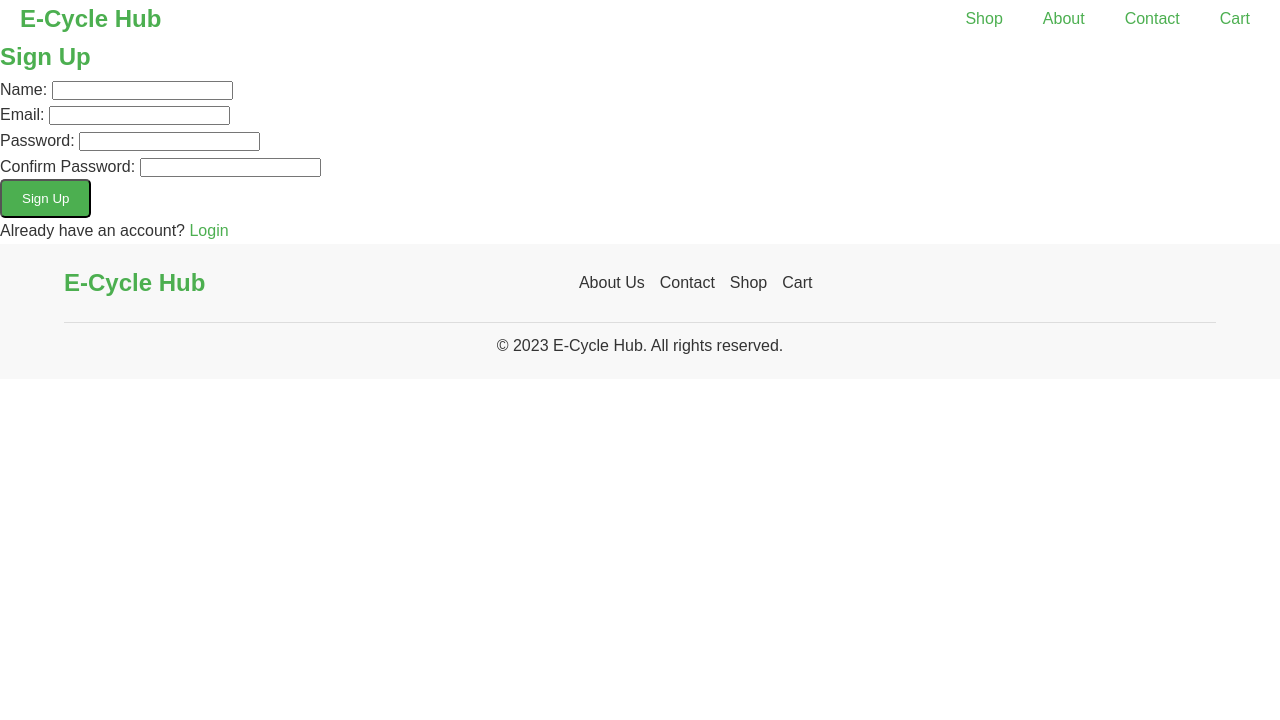
Repository: Rutuja-g/E-Cycle-Hub
Page: public/signup.html
The author's editor kept a copy of each file at every save. The page is drawn from the files as they stood at one save, then again after the next save.
The browser window is 1280 px wide. The pictures show the whole page.
Backgrounds fixed to the window are drawn as part of the page.

Above is the page before, as saved 2025-10-21 18:21:10.

### public/signup.html
<!DOCTYPE html>
<html lang="en">
  <head>
    <meta charset="UTF-8" />
    <meta name="viewport" content="width=device-width, initial-scale=1.0" />
    <title>Sign Up - E-Cycle Hub</title>
    <link rel="icon" href="favicon.ico" type="image/x-icon" />
    <link rel="stylesheet" href="css/reset.css" />
    <link rel="stylesheet" href="css/variables.css" />
    <link rel="stylesheet" href="css/main.css" />
  </head>
  <body>
    <header>
      <nav>
        <div class="logo">
          <a href="index.html">E-Cycle Hub</a>
        </div>
        <ul class="nav-links">
          <li><a href="shop.html">Shop</a></li>
          <li><a href="about.html">About</a></li>
          <li><a href="contact.html">Contact</a></li>
          <li><a href="cart.html">Cart</a></li>
          <li id="user-info" style="display: none">
            <span id="user-name"></span> | <a href="#" id="logout">Logout</a>
          </li>
        </ul>
      </nav>
    </header>

    <main>
      <section class="signup-form">
        <h2>Sign Up</h2>
        <form id="signupForm">
          <div class="form-group">
            <label for="name">Name:</label>
            <input type="text" id="name" name="name" required />
            <span class="error" id="nameError"></span>
          </div>
          <div class="form-group">
            <label for="email">Email:</label>
            <input type="email" id="email" name="email" required />
            <span class="error" id="emailError"></span>
          </div>
          <div class="form-group">
            <label for="password">Password:</label>
            <input type="password" id="password" name="password" required />
            <span class="error" id="passwordError"></span>
          </div>
          <div class="form-group">
            <label for="confirmPassword">Confirm Password:</label>
            <input
              type="password"
              id="confirmPassword"
              name="confirmPassword"
              required
            />
            <span class="error" id="confirmPasswordError"></span>
          </div>
          <button type="submit" class="btn">Sign Up</button>
        </form>
        <p>Already have an account? <a href="login.html">Login</a></p>
      </section>
    </main>

    <footer>
      <div class="footer">
        <div class="container">
          <div class="footer-content">
            <div class="footer-logo">
              <h2>E-Cycle Hub</h2>
            </div>
            <div class="footer-links">
              <ul>
                <li><a href="about.html">About Us</a></li>
                <li><a href="contact.html">Contact</a></li>
                <li><a href="shop.html">Shop</a></li>
                <li><a href="cart.html">Cart</a></li>
              </ul>
            </div>
            <div class="footer-social">
              <a href="#" aria-label="Facebook"
                ><i class="fab fa-facebook-f"></i
              ></a>
              <a href="#" aria-label="Twitter"
                ><i class="fab fa-twitter"></i
              ></a>
              <a href="#" aria-label="Instagram"
                ><i class="fab fa-instagram"></i
              ></a>
            </div>
          </div>
          <div class="footer-bottom">
            <p>&copy; 2023 E-Cycle Hub. All rights reserved.</p>
          </div>
        </div>
      </div>
    </footer>

    <script src="js/auth.js"></script>
  </body>
</html>

### public/css/reset.css
html
/* CSS Reset */
* {
    margin: 0;
    padding: 0;
    box-sizing: border-box;
}

html, body {
    height: 100%;
    font-family: Arial, sans-serif;
}

img {
    max-width: 100%;
    height: auto;
}

a {
    text-decoration: none;
    color: inherit;
}

ul {
    list-style: none;
}

button {
    cursor: pointer;
}

### public/css/variables.css
:root {
    --primary-color: #4CAF50; /* Green */
    --secondary-color: #FF5722; /* Deep Orange */
    --background-color: #F5F5F5; /* Light Grey */
    --text-color: #333; /* Dark Text */
    --font-family: 'Arial', sans-serif; /* Default Font */
    --font-size-base: 16px; /* Base Font Size */
    --font-size-large: 1.25rem; /* Large Font Size */
    --font-size-small: 0.875rem; /* Small Font Size */
    --border-radius: 5px; /* Border Radius for Buttons */
    --box-shadow: 0 2px 5px rgba(0, 0, 0, 0.1); /* Box Shadow */
}

### public/css/main.css
/* Main styles for E-Cycle Hub */

/* Reset some default styles */
body {
  margin: 0;
  font-family: var(--font-family, Arial, sans-serif);
  line-height: 1.6;
  color: var(--text-color, #333);
}

h1,
h2,
h3,
h4,
h5,
h6 {
  margin: 0;
  color: var(--primary-color, #4caf50);
}

a {
  text-decoration: none;
  color: var(--link-color, #4caf50);
  transition: color 0.3s ease;
}

a:hover {
  color: var(--link-hover-color, #388e3c);
}

/* Layout styles */
.container {
  width: 90%;
  max-width: 1200px;
  margin: auto;
}

/* Navbar styles */
nav {
  display: flex;
  justify-content: space-between;
  align-items: center;
  padding: 0 20px;
}

.logo a {
  font-size: 1.5em;
  font-weight: bold;
}

.nav-links {
  list-style: none;
  display: flex;
  gap: 20px;
}

.nav-links li a {
  padding: 10px;
  transition: background 0.3s;
}

.nav-links li a:hover {
  background: rgba(76, 175, 80, 0.1);
  border-radius: 5px;
}

.header,
.footer {
  background: var(--header-footer-bg, #f8f8f8);
  padding: 20px 0;
}

.header {
  position: sticky;
  top: 0;
  z-index: 1000;
}

.main-content {
  padding: 20px 0;
}

/* Hero section styles */
.hero {
  position: relative;
  display: flex;
  align-items: center;
  justify-content: center;
  min-height: 400px;
  overflow: hidden;
}

.hero-banner {
  position: absolute;
  top: 0;
  left: 0;
  width: 100%;
  height: 100%;
  object-fit: cover;
  z-index: -1;
}

.hero-content {
  text-align: center;
  color: white;
  background: rgba(0, 0, 0, 0.5);
  padding: 20px;
  border-radius: 8px;
}

.hero h1 {
  font-size: 2.5em;
  margin-bottom: 10px;
}

.hero p {
  font-size: 1.2em;
  margin-bottom: 20px;
}

.btn {
  display: inline-block;
  padding: 10px 20px;
  background: var(--primary-color, #4caf50);
  color: white;
  border-radius: 5px;
  transition: background 0.3s ease, transform 0.2s ease;
}

.btn:hover {
  background: var(--hover-color, #388e3c);
  transform: translateY(-2px);
}

/* Responsive styles */
@media (max-width: 768px) {
  .container {
    width: 95%;
  }

  .header,
  .footer {
    padding: 15px 0;
  }

  .hero {
    min-height: 300px;
  }

  .hero h1 {
    font-size: 2em;
  }

  .hero p {
    font-size: 1em;
  }
}

@media (max-width: 480px) {
  .hero {
    flex-direction: column;
    text-align: center;
  }

  .hero-content {
    padding: 15px;
  }

  .hero h1 {
    font-size: 1.8em;
  }

  .hero p {
    font-size: 0.9em;
  }

  /* Navbar responsive */
  .nav-links {
    display: none;
  }

  /* Footer responsive */
  .footer-content {
    flex-direction: column;
    text-align: center;
  }

  .footer-links ul {
    flex-direction: column;
    gap: 10px;
  }

  /* Grid responsive */
  .grid--featured {
    grid-template-columns: repeat(auto-fit, minmax(200px, 1fr));
  }
}

/* Product card styles (updated for .card class used by main.js) */
.card {
  border: 1px solid #ddd;
  border-radius: 8px;
  padding: 15px;
  margin: 10px;
  text-align: center;
  background: white;
  box-shadow: 0 2px 5px rgba(0, 0, 0, 0.1);
  transition: transform 0.3s ease, box-shadow 0.3s ease;
}

.card:hover {
  transform: translateY(-5px);
  box-shadow: 0 4px 10px rgba(0, 0, 0, 0.2);
}

.card img {
  max-width: 100%;
  height: auto;
  border-radius: 5px;
}

.card .card-title {
  margin: 10px 0;
  font-size: 1.2em;
}

.card .price {
  color: var(--price-color, #e91e63);
  font-weight: bold;
  font-size: 1.1em;
}

.card .btn {
  margin-top: 10px;
}

/* Featured products grid */
.grid--featured {
  display: grid;
  grid-template-columns: repeat(auto-fit, minmax(250px, 1fr));
  gap: 20px;
  padding: 20px 0;
}

/* Cart styles */
.cart-item {
  display: flex;
  justify-content: space-between;
  padding: 10px 0;
  border-bottom: 1px solid #ddd;
}

.cart-item img {
  width: 50px;
  height: auto;
}

.cart-total {
  font-weight: bold;
  font-size: 1.2em;
}

/* Checkout styles */
.checkout-form {
  display: flex;
  flex-direction: column;
}

.checkout-form input,
.checkout-form button {
  margin: 10px 0;
  padding: 10px;
  border: 1px solid #ddd;
  border-radius: 5px;
}

.checkout-form button {
  background: var(--primary-color, #4caf50);
  color: white;
  cursor: pointer;
}

.checkout-form button:hover {
  background: var(--hover-color, #388e3c);
}

/* Product details styles */
.product-details {
  max-width: 1200px;
  margin: 0 auto;
  padding: 20px;
  display: flex;
  flex-direction: column;
  gap: 20px;
}

.back-link {
  color: var(--primary-color, #4caf50);
  font-weight: bold;
  margin-bottom: 20px;
  display: inline-block;
}

.back-link:hover {
  color: var(--link-hover-color, #388e3c);
}

.product-image {
  flex: 1;
  max-width: 600px;
  margin: 0 auto;
}

.product-image img {
  width: 100%;
  height: auto;
  border-radius: 8px;
  box-shadow: 0 4px 10px rgba(0, 0, 0, 0.1);
}

.product-info {
  flex: 1;
  padding: 20px;
  background: white;
  border-radius: 8px;
  box-shadow: 0 2px 5px rgba(0, 0, 0, 0.1);
}

.product-info h1 {
  font-size: 2em;
  margin-bottom: 10px;
}

.product-price {
  font-size: 1.5em;
  color: var(--price-color, #e91e63);
  font-weight: bold;
  margin-bottom: 20px;
}

.product-info p {
  line-height: 1.6;
  margin-bottom: 20px;
}

.product-info .btn {
  margin-top: 20px;
}

/* Responsive for product details */
@media (max-width: 768px) {
  .product-details {
    flex-direction: column;
  }

  .product-image,
  .product-info {
    flex: none;
    width: 100%;
  }

  .product-info {
    padding: 15px;
  }

  .product-info h1 {
    font-size: 1.8em;
  }

  .product-price {
    font-size: 1.3em;
  }
}

/* Footer styles */
.footer {
  background: var(--header-footer-bg, #f8f8f8);
}

.footer-content {
  display: flex;
  justify-content: space-between;
  align-items: center;
  flex-wrap: wrap;
  gap: 20px;
}

.footer-logo h2 {
  margin: 0;
}

.footer-links ul {
  list-style: none;
  display: flex;
  gap: 15px;
}

.footer-links li a {
  color: var(--text-color, #333);
}

.footer-social a {
  margin: 0 5px;
  font-size: 1.5em;
  color: var(--primary-color, #4caf50);
}

.footer-bottom {
  text-align: center;
  margin-top: 20px;
  border-top: 1px solid #ddd;
  padding-top: 10px;
}

### public/js/auth.js
// auth.js - Handles user authentication, login, signup, and session management

(function () {
  const USERS_KEY = "ecycle_users";
  const CURRENT_USER_KEY = "ecycle_current_user";

  // Get users from localStorage
  function getUsers() {
    const users = localStorage.getItem(USERS_KEY);
    return users ? JSON.parse(users) : [];
  }

  // Save users to localStorage
  function saveUsers(users) {
    localStorage.setItem(USERS_KEY, JSON.stringify(users));
  }

  // Get current user
  function getCurrentUser() {
    const user = localStorage.getItem(CURRENT_USER_KEY);
    return user ? JSON.parse(user) : null;
  }

  // Set current user
  function setCurrentUser(user) {
    localStorage.setItem(CURRENT_USER_KEY, JSON.stringify(user));
  }

  // Clear current user (logout)
  function clearCurrentUser() {
    localStorage.removeItem(CURRENT_USER_KEY);
  }

  // Validate email format
  function validateEmail(email) {
    const emailRegex = /^[^\s@]+@[^\s@]+\.[^\s@]+$/;
    return emailRegex.test(email);
  }

  // Validate password (at least 6 characters)
  function validatePassword(password) {
    return password.length >= 6;
  }

  // Update navbar with user info
  function updateNavbar() {
    const user = getCurrentUser();
    const userInfo = document.getElementById("user-info");
    const userName = document.getElementById("user-name");
    const logout = document.getElementById("logout");

    if (user && userInfo && userName) {
      userInfo.style.display = "block";
      userName.textContent = user.name;
      if (logout) {
        logout.addEventListener("click", function (e) {
          e.preventDefault();
          clearCurrentUser();
          location.reload();
        });
      }
    } else if (userInfo) {
      userInfo.style.display = "none";
    }
  }

  // Restrict cart/checkout for non-logged-in users
  function restrictActions() {
    const user = getCurrentUser();
    const addToCartButtons = document.querySelectorAll(".btn-add-to-cart");
    const checkoutButtons = document.querySelectorAll(".btn-checkout");

    if (!user) {
      addToCartButtons.forEach((btn) => {
        btn.disabled = true;
        btn.textContent = "Login to Add to Cart";
        btn.addEventListener("click", function (e) {
          e.preventDefault();
          alert("Please login to add items to cart.");
          window.location.href = "login.html";
        });
      });

      checkoutButtons.forEach((btn) => {
        btn.disabled = true;
        btn.textContent = "Login to Checkout";
        btn.addEventListener("click", function (e) {
          e.preventDefault();
          alert("Please login to checkout.");
          window.location.href = "login.html";
        });
      });
    }
  }

  // Handle login form
  function handleLogin() {
    const form = document.getElementById("loginForm");
    if (!form) return;

    form.addEventListener("submit", function (e) {
      e.preventDefault();

      const email = document.getElementById("email").value.trim();
      const password = document.getElementById("password").value;
      const emailError = document.getElementById("emailError");
      const passwordError = document.getElementById("passwordError");

      // Clear previous errors
      emailError.textContent = "";
      passwordError.textContent = "";

      let isValid = true;

      if (!validateEmail(email)) {
        emailError.textContent = "Please enter a valid email address.";
        isValid = false;
      }

      if (!validatePassword(password)) {
        passwordError.textContent = "Password must be at least 6 characters.";
        isValid = false;
      }

      if (!isValid) return;

      const users = getUsers();
      const user = users.find(
        (u) => u.email === email && u.password === password
      );

      if (user) {
        setCurrentUser(user);
        alert("Login successful!");
        window.location.href = "index.html";
      } else {
        emailError.textContent = "Invalid email or password.";
      }
    });
  }

  // Handle signup form
  function handleSignup() {
    const form = document.getElementById("signupForm");
    if (!form) return;

    form.addEventListener("submit", function (e) {
      e.preventDefault();

      const name = document.getElementById("name").value.trim();
      const email = document.getElementById("email").value.trim();
      const password = document.getElementById("password").value;
      const confirmPassword = document.getElementById("confirmPassword").value;

      const nameError = document.getElementById("nameError");
      const emailError = document.getElementById("emailError");
      const passwordError = document.getElementById("passwordError");
      const confirmPasswordError = document.getElementById(
        "confirmPasswordError"
      );

      // Clear previous errors
      nameError.textContent = "";
      emailError.textContent = "";
      passwordError.textContent = "";
      confirmPasswordError.textContent = "";

      let isValid = true;

      if (!name) {
        nameError.textContent = "Name is required.";
        isValid = false;
      }

      if (!validateEmail(email)) {
        emailError.textContent = "Please enter a valid email address.";
        isValid = false;
      }

      if (!validatePassword(password)) {
        passwordError.textContent = "Password must be at least 6 characters.";
        isValid = false;
      }

      if (password !== confirmPassword) {
        confirmPasswordError.textContent = "Passwords do not match.";
        isValid = false;
      }

      if (!isValid) return;

      const users = getUsers();
      const existingUser = users.find((u) => u.email === email);

      if (existingUser) {
        emailError.textContent = "Email already registered.";
        return;
      }

      const newUser = { name, email, password };
      users.push(newUser);
      saveUsers(users);
      setCurrentUser(newUser);

      alert("Signup successful!");
      window.location.href = "index.html";
    });
  }

  // Initialize auth functionality
  document.addEventListener("DOMContentLoaded", function () {
    updateNavbar();
    restrictActions();
    handleLogin();
    handleSignup();
  });
})();

### public/css/auth.css
/* Auth styles for login and signup pages */

body {
  margin: 0;
  font-family: var(--font-family, Arial, sans-serif);
  line-height: 1.6;
  color: var(--text-color, #333);
  background: linear-gradient(135deg, #4caf50 0%, #ff5722 100%);
  background-attachment: fixed;
  min-height: 100vh;
  display: flex;
  flex-direction: column;
}

main {
  flex: 1;
  display: flex;
  align-items: center;
  justify-content: center;
  padding: 20px;
}

.login-form,
.signup-form {
  background: rgba(255, 255, 255, 0.95);
  padding: 40px;
  border-radius: 15px;
  box-shadow: 0 10px 30px rgba(0, 0, 0, 0.2);
  width: 100%;
  max-width: 350px;
  text-align: center;
  backdrop-filter: blur(10px);
}

.login-form h2,
.signup-form h2 {
  font-size: 2em;
  margin-bottom: 30px;
  color: var(--primary-color, #4caf50);
  font-weight: bold;
}

.form-group {
  margin-bottom: 20px;
  text-align: left;
}

.form-group label {
  display: block;
  margin-bottom: 5px;
  font-weight: bold;
  color: var(--text-color, #333);
}

.form-group input {
  width: 100%;
  padding: 12px;
  border: none;
  border-radius: 8px;
  background: #f9f9f9;
  font-size: 1em;
  transition: all 0.3s ease;
  box-sizing: border-box;
}

.form-group input:focus {
  outline: none;
  background: #fff;
  box-shadow: 0 0 0 3px rgba(76, 175, 80, 0.3);
}

.btn {
  width: 100%;
  padding: 12px;
  background: var(--primary-color, #4caf50);
  color: white;
  border: none;
  border-radius: 8px;
  font-size: 1em;
  font-weight: bold;
  cursor: pointer;
  transition: all 0.3s ease;
  margin-top: 10px;
}

.btn:hover {
  background: #388e3c;
  transform: scale(1.02);
}

.login-form p,
.signup-form p {
  margin-top: 20px;
  font-size: 0.9em;
  color: #666;
}

.login-form a,
.signup-form a {
  color: var(--primary-color, #4caf50);
  text-decoration: none;
  transition: color 0.3s ease;
}

.login-form a:hover,
.signup-form a:hover {
  color: #388e3c;
  text-decoration: underline;
}

.error {
  color: #f44336;
  font-size: 0.8em;
  margin-top: 5px;
  display: block;
  opacity: 0;
  transition: opacity 0.3s ease;
}

.error.show {
  opacity: 1;
}

.success {
  color: #4caf50;
  font-size: 0.9em;
  margin-top: 10px;
  opacity: 0;
  transition: opacity 0.3s ease;
}

.success.show {
  opacity: 1;
}

.logo-auth {
  margin-bottom: 20px;
}

.logo-auth img {
  height: 50px;
}

/* Responsive styles */
@media (max-width: 600px) {
  .login-form,
  .signup-form {
    padding: 30px 20px;
    max-width: 100%;
  }

  .login-form h2,
  .signup-form h2 {
    font-size: 1.8em;
  }

  .form-group input {
    padding: 10px;
    font-size: 0.9em;
  }

  .btn {
    padding: 10px;
    font-size: 0.9em;
  }
}

After the next save:
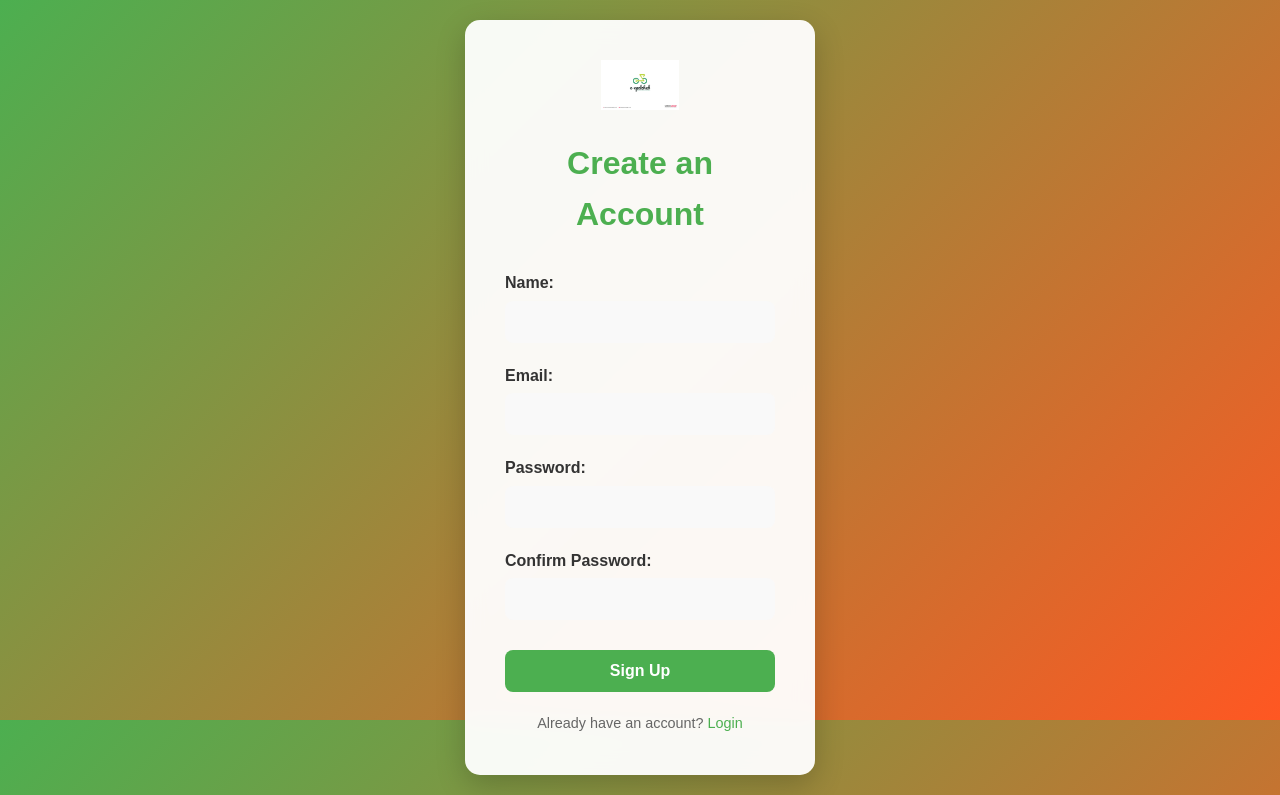
Saved 20 s later.
--- a/public/signup.html
+++ b/public/signup.html
@@ -8,28 +8,19 @@
     <link rel="stylesheet" href="css/reset.css" />
     <link rel="stylesheet" href="css/variables.css" />
     <link rel="stylesheet" href="css/main.css" />
+    <link rel="stylesheet" href="css/auth.css" />
   </head>
   <body>
-    <header>
-      <nav>
-        <div class="logo">
-          <a href="index.html">E-Cycle Hub</a>
-        </div>
-        <ul class="nav-links">
-          <li><a href="shop.html">Shop</a></li>
-          <li><a href="about.html">About</a></li>
-          <li><a href="contact.html">Contact</a></li>
-          <li><a href="cart.html">Cart</a></li>
-          <li id="user-info" style="display: none">
-            <span id="user-name"></span> | <a href="#" id="logout">Logout</a>
-          </li>
-        </ul>
-      </nav>
+    <header style="display: none">
+      <!-- Header hidden for auth pages -->
     </header>
 
     <main>
       <section class="signup-form">
-        <h2>Sign Up</h2>
+        <div class="logo-auth">
+          <img src="assets/images/logo.jpg" alt="E-Cycle Hub Logo" />
+        </div>
+        <h2>Create an Account</h2>
         <form id="signupForm">
           <div class="form-group">
             <label for="name">Name:</label>
@@ -62,38 +53,8 @@
       </section>
     </main>
 
-    <footer>
-      <div class="footer">
-        <div class="container">
-          <div class="footer-content">
-            <div class="footer-logo">
-              <h2>E-Cycle Hub</h2>
-            </div>
-            <div class="footer-links">
-              <ul>
-                <li><a href="about.html">About Us</a></li>
-                <li><a href="contact.html">Contact</a></li>
-                <li><a href="shop.html">Shop</a></li>
-                <li><a href="cart.html">Cart</a></li>
-              </ul>
-            </div>
-            <div class="footer-social">
-              <a href="#" aria-label="Facebook"
-                ><i class="fab fa-facebook-f"></i
-              ></a>
-              <a href="#" aria-label="Twitter"
-                ><i class="fab fa-twitter"></i
-              ></a>
-              <a href="#" aria-label="Instagram"
-                ><i class="fab fa-instagram"></i
-              ></a>
-            </div>
-          </div>
-          <div class="footer-bottom">
-            <p>&copy; 2023 E-Cycle Hub. All rights reserved.</p>
-          </div>
-        </div>
-      </div>
+    <footer style="display: none">
+      <!-- Footer hidden for auth pages -->
     </footer>
 
     <script src="js/auth.js"></script>
